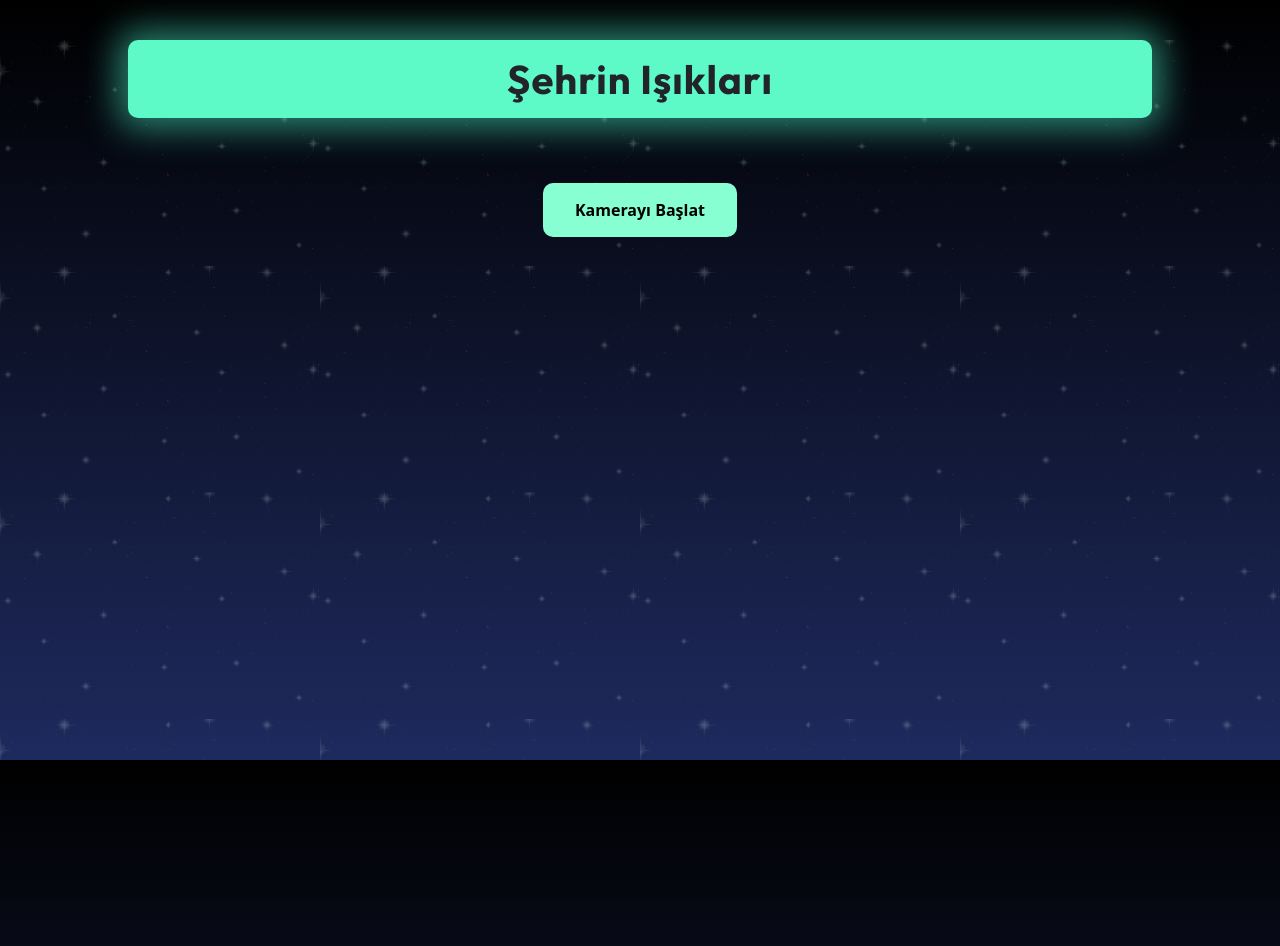
Repository: BiranOrundas/CameraQR
Page: index.html
An editor plug-in stored every save of this project. The page is shown before and after the next save, followed by the edit.
The browser window is 1280 px wide. The pictures show the whole page.

Above is the page before, as saved 2024-08-29 15:48:24.

### index.html
<!DOCTYPE html>
<html lang="tr">
<head>
    <meta charset="UTF-8">
    <title>Şehrin Işıkları</title>
<link rel="stylesheet" href="style.css">
<link href="https://cdn.jsdelivr.net/npm/bootstrap@5.3.3/dist/css/bootstrap.min.css" rel="stylesheet" integrity="sha384-QWTKZyjpPEjISv5WaRU9OFeRpok6YctnYmDr5pNlyT2bRjXh0JMhjY6hW+ALEwIH" crossorigin="anonymous">
</head>
<body class="mx-auto">
    <div id="stars">

    </div>
    <div class="header">
        <h1 class="outfit">Şehrin Işıkları</h1>
    </div>
    <div style="align-items: center; justify-content: center; text-align: center;">
    <button class="button" id="start-camera">Kamerayı Başlat</button>
</div>
    <video id="camera" autoplay playsinline></video>
    <div style="align-items: center; justify-content: center; text-align: center;">
    <button class="button" id="take-photo" >Fotoğraf Çek</button>
    </div>
    <canvas id="canvas" ></canvas>
    <div class="row mx-auto align-items-center">
          <div class="col-12 col-md-8">
    <img id="photo"  alt="Çekilen Fotoğraf">
        </div>
    <div class="col-12 col-md-4 mx-auto justify-content-center ">
        <h1 id="qrinfo">Fotografınızı QR kodu okutarak indirebilirsiniz.</h1>
    <div class="text-center mx-auto" id="qrcode"></div>
    </div>
    </div>
    <div id="qrdiv" class="mt-5 py-5" style="align-items: center; justify-content: center; text-align: center;">
    <button id="download-qr" class="button" style="display: none;">QR Kodunu İndir</button>
    <button id="try-again" class="button" style="display: none;">Yeniden Çek</button>
    </div>



    <script src="qrious.js"></script>
    <script src="script.js"></script>
</body>
</html>

### style.css
@import url('https://fonts.googleapis.com/css2?family=Outfit:wght@100..900&display=swap');



.outfit {
  font-family: "Outfit", sans-serif;
  font-optical-sizing: auto;
  font-weight: 700;
  font-style: normal;
}

#stars{
  position: absolute;
  background-image: url(stars.png);
  height: 100vh;
  width: 100vw;
  margin-left: -10%;
  object-fit: cover;
  z-index: -1;
  opacity: 0.2;
  background-repeat: repeat;
  background-size: 25%;
  animation-name: slide;
  animation-duration: 4s;
  animation-direction: normal;
  animation-iteration-count: infinite;
}

@keyframes slide {
  0% {top: 0px;}
  50% {top: 50px;}
   100% {top: 0px;}
}
body{
    margin-left:auto ;
    margin-right:auto ;
    align-items: center;
    justify-content: center;
    max-width: 80vw !important;
    height: 100vh !important;
    /* background-image: repeating-linear-gradient(to bottom, #1E2A5E 10%, #38444d 5% ) !important; */
    background-image: linear-gradient(to bottom, rgba(0,0,0,1), rgba(30,42,94,1));
}

#camera {
    display: grid;
    visibility: hidden;
    justify-content: center;
    margin: auto;
    width: 100%;
    max-width: 1400px;
    height: 75vh;
    object-fit: cover;
    border-radius: 10px;
    box-shadow: #ffffffda 0px 0px 65px 10px;
    border: #fff 1px solid;
    border-style: dotted;
}

#photo {
    border:rgb(93, 250, 200) 1px solid;
    display: none;
    width: 50vw;
    height: 60vh;
    margin-top: 10px;
    justify-content: center;
    border-radius: 15px;
    object-fit: cover;
    box-shadow: rgba(242, 242, 242, 0.53) 0px 0px 35px 10px;
}

#qrcode {
   width: 20vw;
   height: auto;
}

#take-photo{
display: none;
}
#canvas{
display: none ;
}

.button {
    background-color: #87ffd3; /* Green */
    border: none;
    color: #000000;
    padding: 15px 32px;
    text-align: center;
    text-decoration: none;
    font-weight: 700;
    display: inline-block;
    font-size: 16px;
    border-radius: 10px;
    transition: 0.5s;
    justify-content: center;
    align-items: center;
    margin: 25px;


  }

  .button:hover{
    background-color: #005e3c; /* Green */
    cursor: pointer;
    color: #fff;
    box-shadow: #ffffff 0px 0px 15px 5px;
    transition: 0.5s;
    border: #fff 1px solid;
  }

  h1{
    justify-content: center;
    text-align: center;
    font-size: 2.5rem;
    color: rgb(255, 255, 255);
    letter-spacing: 1px;
    padding: 15px 10px;
  }

  .header{
    background-color: rgb(93, 250, 200);
    border-radius: 10px;
    width: 80vw;
    justify-content: center;
    align-items: center;
    text-align: center;
    flex-wrap: initial;
    margin-left: auto;
    margin-right: auto;
    margin-top: 40px;
    margin-bottom: 40px;
    box-shadow: rgba(74, 246, 203, 0.53) 0px 0px 35px 10px;


  }

  #qrinfo{
    color: #fff;
    text-shadow: #fff 0px 0px 15px;
    font-size: 2.5rem;
    margin-bottom: 40px;
    display: none;
  }

  @media only screen and (max-width: 680px){

    #camera {
        display: grid;
        visibility: hidden;
        justify-content: center;
        margin: auto;
        height: 60vh;
        object-fit: cover;
        border-radius: 10px;
        box-shadow: #55555588 2px 10px 35px 1px;
    }

    #photo {
        border:rgb(93, 250, 200) 1px solid;
        display: none;
        width: 75vw;
        height: 50vh;
        margin-top: 10px;
        justify-content: center;
        border-radius: 15px;
        object-fit: cover;
        box-shadow: rgba(242, 242, 242, 0.53) 0px 0px 35px 10px;
    }

    #qrcode {
        width: 50vw;
        height: auto;
     }

     #qrinfo{
        color: #fff;
        text-shadow: #fff 0px 0px 15px;
        font-size: 1.8rem;
        margin-bottom: 40px;
        margin-top: 40px;
        display: none;
      }

  }

### script.js
document.getElementById('start-camera').addEventListener('click', async function () {

    const cam = document.getElementById('start-camera');
    const video = document.getElementById('camera');
    const takePhotoButton = document.getElementById('take-photo');
    const stream = await navigator.mediaDevices.getUserMedia({ video: true });
    video.srcObject = stream;
    video.style.display = 'block';
    video.style.visibility = 'visible';
    cam.style.display = 'none';
    takePhotoButton.style.display = 'inline';
});
document.getElementById('start-camera').addEventListener('touchstart', async function () {
    const video = document.getElementById('camera');
    const takePhotoButton = document.getElementById('take-photo');
    const stream = await navigator.mediaDevices.getUserMedia({ video: true });
    video.srcObject = stream;
    video.style.display = 'block';
    video.style.visibility = 'visible';
    takePhotoButton.style.display = 'inline';
});



document.getElementById('take-photo').addEventListener('click', function () {
    const takePhoto = document.getElementById('take-photo');
    const again = document.getElementById('try-again');
    const canvas = document.getElementById('canvas');
    const video = document.getElementById('camera');
    const photo = document.getElementById('photo');
    const qrCodeDiv = document.getElementById('qrcode');
    const downloadButton = document.getElementById('download-qr');
    const qrinfo = document.getElementById('qrinfo');

    canvas.width = video.videoWidth;
    canvas.height = video.videoHeight;
    canvas.getContext('2d').drawImage(video, 0, 0);

    // Fotoğrafı göster
    const photoData = canvas.toDataURL('image/png');
    photo.src = photoData;

    // Fotoğrafı sunucuya yükle
    fetch('upload.php', {
        method: 'POST',
        headers: {
            'Content-Type': 'application/x-www-form-urlencoded'
        },
        body: 'photo=' + encodeURIComponent(photoData)
    })
    .then(response => response.text()) // JSON yerine text olarak yanıtı alın
    .then(text => {
        console.log("Gelen yanıt:", text); // Konsola dönen yanıtı yazdır
        try {
            const data = JSON.parse(text); // Yanıtı JSON'a çevir
            if (data.url) {
                // Fotoğrafın URL'sini kullanarak QR kodu oluştur
                const qr = new QRious({
                    value: window.location.origin + '/' + data.url,
                    size: 250
                });
                qrCodeDiv.innerHTML = ''; // QR kod div'ini temizle
                qrCodeDiv.appendChild(qr.canvas); // QR kodunu ekle
                downloadButton.style.display = 'inline'; // İndir butonunu göster
                again.style.display = 'inline'; // İndir butonunu göster

                // QR kodunu indir
                downloadButton.onclick = function () {
                    const link = document.createElement('a');
                    link.href = qr.toDataURL('image/png');
                    link.download = 'qr-code.png';
                    link.click();
                };
            } else {
                alert("Fotoğraf yüklenemedi. Hata: " + data.error);
            }
        } catch (error) {
            console.error("JSON çözümleme hatası:", error); // JSON hatasını göster
        }
    })
    .catch(error => {
        console.error("Fetch hatası:", error);
    });
    takePhoto.style.display = "none"
    photo.style.display = "block";
    video.style.display = "none";
    qrinfo.style.display = "block"

    document.getElementById('try-again').addEventListener('click', async function () {
        const video = document.getElementById('camera');
        const takePhotoButton = document.getElementById('take-photo');
        const stream = await navigator.mediaDevices.getUserMedia({ video: true });
        video.srcObject = stream;
        video.style.display = 'block';
        video.style.visibility = 'visible';
        takePhotoButton.style.display = 'inline';

        if(photo.style.display == "block"){
            photo.style.display = "none"
            downloadButton.style.display = 'none'; // İndir butonunu göster
            again.style.display = 'none'; // İndir butonunu göster
            qrinfo.style.display = "none"
            qrCodeDiv.innerHTML = '';

        } else{
            console.log("fotograf belleği temizlendi.")
        }

    });
});

Loaded but not shown: qrious.js (606 lines, source omitted)

After the next save:
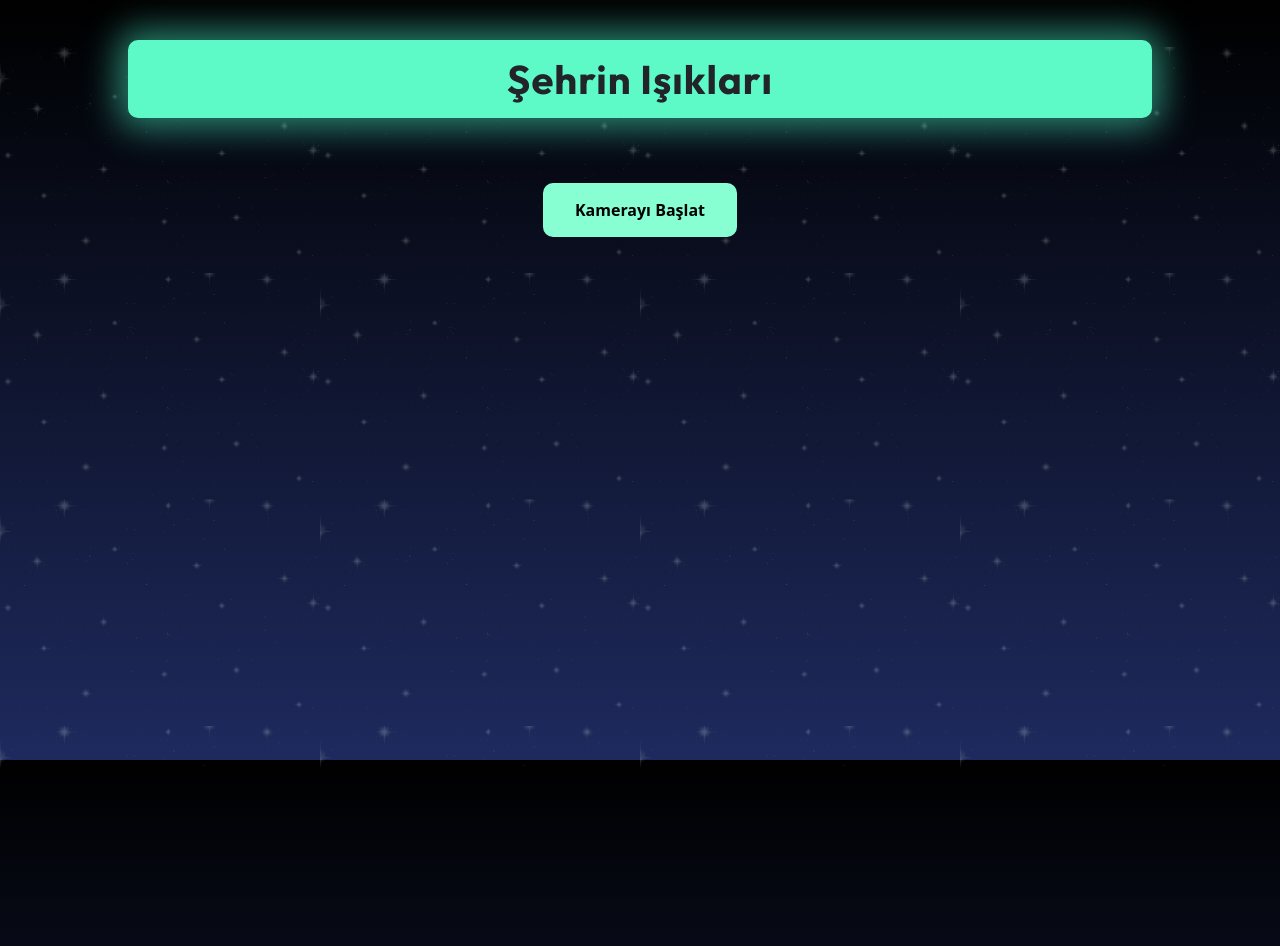
Saved 14 s later.
--- a/style.css
+++ b/style.css
@@ -21,7 +21,7 @@
   background-repeat: repeat;
   background-size: 25%;
   animation-name: slide;
-  animation-duration: 4s;
+  animation-duration: 14s;
   animation-direction: normal;
   animation-iteration-count: infinite;
 }
